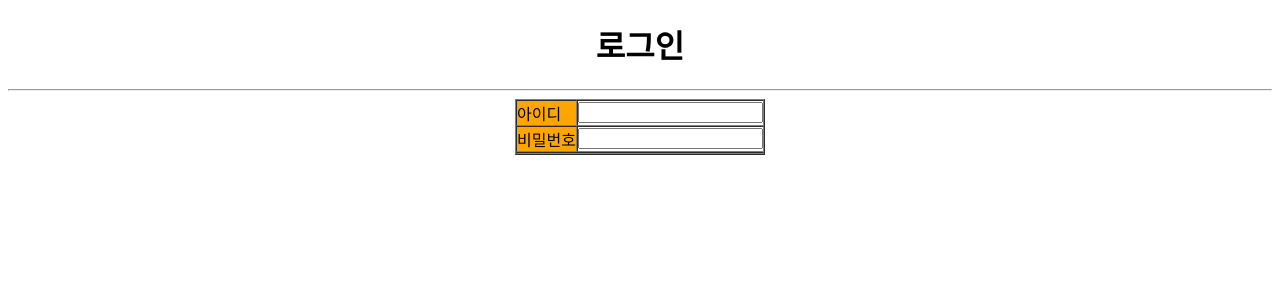
Repository: kong980/EclipseWork
Page: ServletTest3/src/main/webapp/Index.html
The author's editor kept a copy of each file at every save. The page is drawn from the files as they stood at one save, then again after the next save.
The browser window is 1280 px wide. The pictures show the whole page.

Above is the page before, as saved 2023-09-14 03:11:58.

### ServletTest3/src/main/webapp/Index.html
<!DOCTYPE html>
<html>
<head>
<meta charset="UTF-8">
<title>로그인</title>
</head>
<body>
	<center>
		<h1>로그인</h1>
		<hr>
		<form action="#" method="post">
			<table border="1" cellpadding="0" cellspacing="0">
				<tr>
					<td bgcolor="orange">아이디</td>
					<td><input type="text" name="id"/></td>
				</tr>
				<tr>
					<td bgcolor="orange">비밀번호</td>
					<td><input type="password" name="password"/></td>
				</tr>
				<tr>
					<td colspan="2"
				</tr>
			</table>
		</form>
	</center>
</body>
</html>

After the next save:
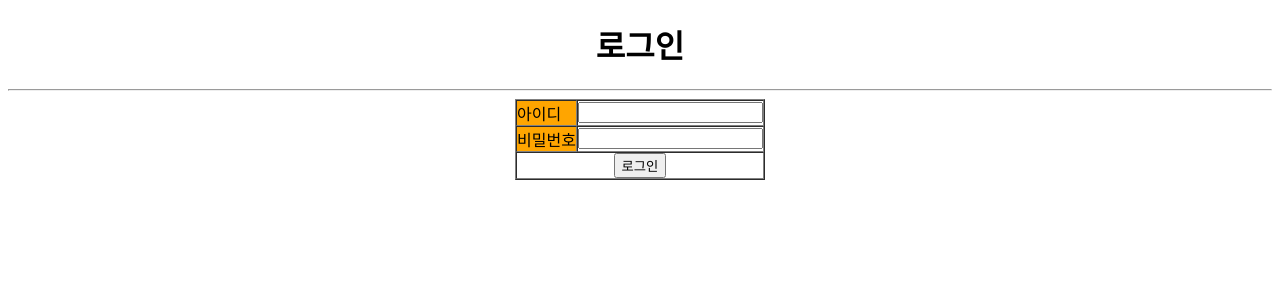
Saved 118 s later.
--- a/ServletTest3/src/main/webapp/Index.html
+++ b/ServletTest3/src/main/webapp/Index.html
@@ -19,10 +19,13 @@
 					<td><input type="password" name="password"/></td>
 				</tr>
 				<tr>
-					<td colspan="2"
+					<td colspan="2" align="center">
+						<input type="submit" value="로그인">
+					</td>
 				</tr>
 			</table>
 		</form>
+		<br>
 	</center>
 </body>
 </html>
